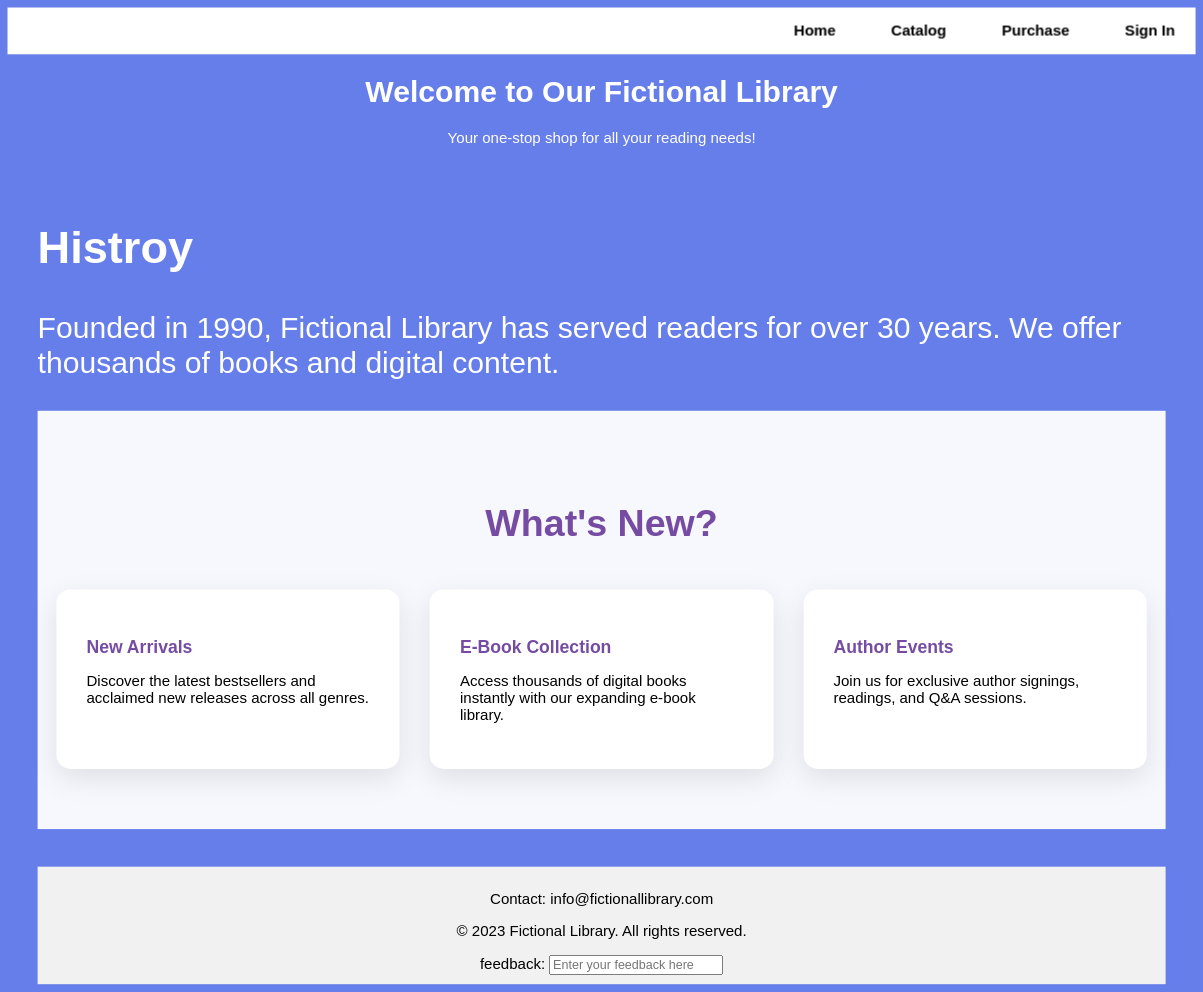
Repository: Ibrahim-Abohola/BookStore
Page: Homepage.html
These files come from the project's save history. The page is drawn as it stood at one moment and after a run of saves; the edit follows.
The browser window is 1280 px wide. The pictures show the whole page, at 94% of full size.

Above is the page before, as saved 2025-07-16 01:05:32.

### Homepage.html
<!DOCTYPE html>
<html lang="en">
    <head>
    <meta charset="UTF-8">
    <meta name="viewport" content="width=device-width, initial-scale=1.0">
    <title>Bookstore</title>
    <link rel="stylesheet" href="styles.css">
    </head>
    <body>
        <nav class="top-nav">
    <ul>
      <li><a href="Homepage.html">Home</a></li>
      <li><a href="catalog.html">Catalog</a></li>
      <li><a href="purchase.html">Purchase</a></li>
      <li><a href="signin.html">Sign In</a></li>
    </ul>
  </nav>
        <div class = "container">
        <header class = "hero">
            <h1>Welcome to Our Fictional Library</h1>
            <p>Your one-stop shop for all your reading needs!</p>
            <!--img src="bookstore.jpg" alt="Bookstore Image" class="hero-image"-->
        </header>
        <section class = "intro">
                <h2>Histroy</h2>
                    <p>Founded in 1990, Fictional Library has served readers for over 30 years. We offer thousands of books and digital content.</p>
        </section>
        <section class = "highlights">
            <div class="container">
                    <h2>What's New?</h2>
            <div class="highlight-grid">
                    <div class="highlight-card">
                        <h3>New Arrivals</h3>
                        <p>Discover the latest bestsellers and acclaimed new releases across all genres.</p>
                    </div>
                    <div class="highlight-card">
                        <h3>E-Book Collection</h3>
                        <p>Access thousands of digital books instantly with our expanding e-book library.</p>
                    </div>
                    <div class="highlight-card">
                        <h3>Author Events</h3>
                        <p>Join us for exclusive author signings, readings, and Q&A sessions.</p>
                    </div>
                </div>
            </div>
        </section>

        <footer>
            <p>Contact: info@fictionallibrary.com</p>
            <p>&copy; 2023 Fictional Library. All rights reserved.</p>
            <form action="#">
                <label for="feedback">feedback:</label>
                <input type="text" id="feedback" name="feedback" placeholder="Enter your feedback here">
            </form>
        </footer>
        </div>

    </body>
</html>

### styles.css
body {
    font-family: sans-serif;
    background-color: #667eea;
}

.container {
    max-width: 1200px;
    margin: 0 auto;
    padding: 0 20px;
}

nav {
    background: rgba(255, 255, 255, 0.95);
    backdrop-filter: blur(10px);
    padding: 1rem 0;
    position: fixed;
    width: 100%;
    top: 0;
    z-index: 1000;
}
nav.top-nav {
  display: flex;
  justify-content: flex-end;
  background: white;
  position: sticky;
  z-index: 1000;
}
nav.top-nav ul {
  display: flex;
  margin: 0;
  padding: 0;
}
nav.top-nav ul li {
  margin-left: 15px;
}
nav.top-nav ul li a {
  color: black;
  font-weight: bold;
  padding: 8px 12px;
}
nav.top-nav ul li a:hover {
  background-color: #147749ea;
  border-radius: 4px;
}

nav .container {
    display: flex;
    justify-content: space-between;
    align-items: center;
}

nav ul {
    display: flex;
    list-style: none;
    background:white;
    padding: 10px;
}

nav ul li a {
    color: white;
    margin: 0 10px;
    text-decoration: none;
}

.hero {

    color: white;
    text-align: center;
}
.intro {
    color: white;
    font-size: 2rem;
    margin-bottom: 1rem;
    margin-top: 80px;
}

.highlights {
    padding: 4rem 0;
    background: rgba(255, 255, 255, 0.95);
}

.highlights h2 {
    text-align: center;
    margin-bottom: 3rem;
    color: #764ba2;
    font-size: 2.5rem;
}

.highlight-grid {
    display: grid;
    grid-template-columns: repeat(auto-fit, minmax(300px, 1fr));
    max-width: none;
    width: 100%;
    gap: 2rem;
}

.highlight-card {
    background: white;
    padding: 2rem;
    border-radius: 15px;
    box-shadow: 0 10px 30px rgba(0, 0, 0, 0.1);
    transition: transform 0.3s ease;
}

.highlight-card h3 {
    color: #764ba2;
    margin-bottom: 1rem;
}

.signin-container {
    display: flex;
    justify-content: center;
    align-items: center;
    min-height: calc(100vh - 80px);
}

.signin-form {
    background: rgba(255, 255, 255, 0.95);
    padding: 3rem;
    border-radius: 20px;
    box-shadow: 0 15px 35px rgba(0, 0, 0, 0.1);
    width: 100%;
    max-width: 400px;
    backdrop-filter: blur(10px);
}

.signin-form h2 {
    text-align: center;
    margin-bottom: 2rem;
    color: #764ba2;
    font-size: 2rem;
}

.form-group {
    margin-bottom: 1.5rem;
}

.form-group label {
    display: block;
    margin-bottom: 0.5rem;
    font-weight: 500;
}

.form-group input {
    width: 100%;
    padding: 0.8rem;
    border: 2px solid #e0e0e0;
    border-radius: 10px;
    font-size: 1rem;
    transition: border-color 0.3s ease;
}

.form-group input:focus {
    outline: none;
    border-color: #764ba2;
}

.signin-btn {
    width: 100%;
    padding: 1rem;
    background: linear-gradient(135deg, #667eea 0%, #764ba2 100%);
    color: white;
    border: none;
    border-radius: 10px;
    font-size: 1.1rem;
    font-weight: 600;
    cursor: pointer;
    transition: transform 0.3s ease;
}

.signin-btn:hover {
    transform: translateY(-2px);
}

.catalog {
    display: flex;
    flex-wrap: wrap;
    gap: 20px;
    padding: 20px;
}

.catalog-header {
    padding: 2rem 0;
    background: rgba(255, 255, 255, 0.95);
    text-align: center;
}

.catalog-header h1 {
    color: #764ba2;
    font-size: 2.5rem;
    margin-bottom: 1rem;
}

.books-grid {
    display: grid;
    grid-template-columns: repeat(auto-fit, minmax(300px, 1fr));
    gap: 2rem;
    padding: 2rem 0;
}

.book-card {
    background: rgba(255, 255, 255, 0.95);
    border-radius: 15px;
    overflow: hidden;
    box-shadow: 0 10px 30px rgba(0, 0, 0, 0.1);
    transition: transform 0.3s ease;
}

.book-card:hover {
    transform: translateY(-5px);
}

.book-cover {
    width: 100%;
    height: 300px;
    background: linear-gradient(135deg, #667eea, #764ba2);
    display: flex;
    align-items: center;
    justify-content: center;
    color: white;
    font-size: 1.2rem;
    font-weight: bold;
}

.book-info {
    padding: 1.5rem;
}

.book-title {
    font-size: 1.3rem;
    font-weight: bold;
    margin-bottom: 0.5rem;
    color: #333;
}

.book-author {
    color: #666;
    margin-bottom: 0.5rem;
}

.book-genre {
    background: #764ba2;
    color: white;
    padding: 0.3rem 0.8rem;
    border-radius: 20px;
    font-size: 0.9rem;
    display: inline-block;
    margin-bottom: 1rem;
}

.availability {
    font-weight: bold;
    margin-bottom: 1rem;
}

.available {
    color: #28a745;
}

.unavailable {
    color: #dc3545;
}

.purchase-btn {
    width: 100%;
    padding: 0.8rem;
    background: linear-gradient(135deg, #667eea, #764ba2);
    color: white;
    border: none;
    border-radius: 10px;
    font-weight: 600;
    cursor: pointer;
    transition: transform 0.3s ease;
}

.purchase-btn:hover {
    transform: translateY(-2px);
}

.purchase-btn:disabled {
    background: #ccc;
    cursor: not-allowed;
    transform: none;
}

.purchase-container {
    padding: 2rem 0;
    min-height: calc(100vh - 80px);
}

.purchase-content {
    display: grid;
    grid-template-columns: 1fr 1fr;
    gap: 3rem;
    max-width: 1000px;
    margin: 0 auto;
}

.book-details {
    background: rgba(255, 255, 255, 0.95);
    padding: 2rem;
    border-radius: 15px;
    box-shadow: 0 10px 30px rgba(0, 0, 0, 0.1);
}

.purchase-form-container {
    background: rgba(255, 255, 255, 0.95);
    padding: 2rem;
    border-radius: 15px;
    box-shadow: 0 10px 30px rgba(0, 0, 0, 0.1);
}

.purchase-form h2 {
    color: #764ba2;
    margin-bottom: 1.5rem;
}

.price {
    font-size: 1.5rem;
    font-weight: bold;
    color: #764ba2;
    margin: 1rem 0;
}

.book {
    border: 1px solid #ccc;
    padding: 10px;
    width: calc(33.333% - 40px);
}

footer {
    margin-top: 40px;
    padding: 10px;
    background: #f1f1f1;
    text-align: center;
}

After the next 3 saves:
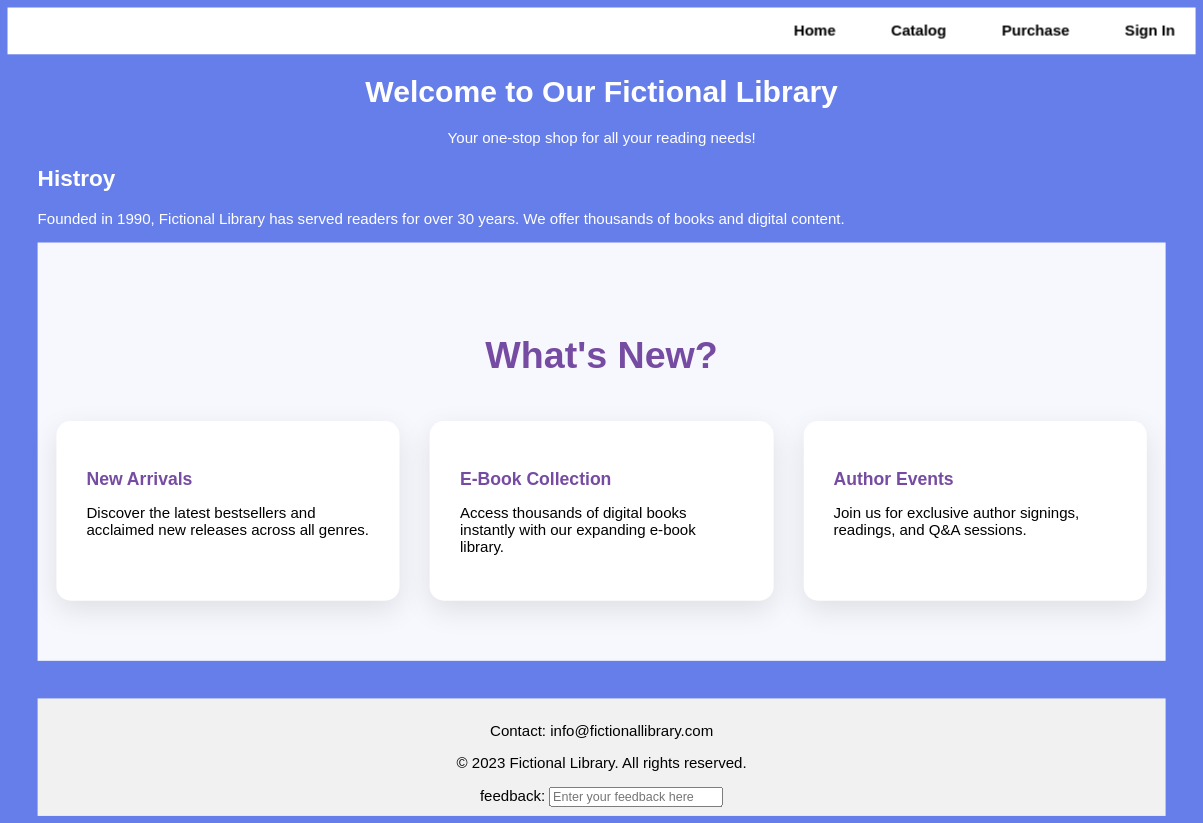
The 3 saves are shown as one change because they came seconds apart.
The last was saved 40 s later.
--- a/styles.css
+++ b/styles.css
@@ -68,11 +68,19 @@
     text-align: center;
 }
 .intro {
-    color: white;
-    font-size: 2rem;
-    margin-bottom: 1rem;
-    margin-top: 80px;
-}
+            color: white;
+        }
+
+        .intro-text h2 {
+            font-size: 2.5rem;
+            margin-bottom: 1rem;
+        }
+
+        .intro-text p {
+            font-size: 1.1rem;
+            line-height: 1.6;
+            opacity: 0.9;
+        }
 
 .highlights {
     padding: 4rem 0;
